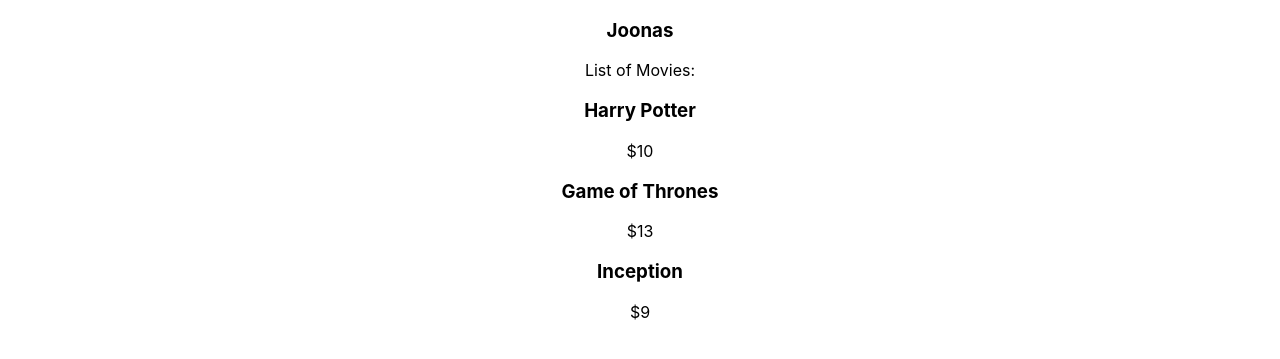
Repository: SubmergedSnake/react-usecontext
Page: /
The author's editor kept a copy of each file at every save. The page is drawn from the files as they stood at one save, then again after the next save.
The browser window is 1280 px wide. The pictures show the whole page.
The project was rebuilt for these pictures with package versions that can differ from the ones it lists, and the page was loaded fresh each time.

Above is the page before, as saved 2020-11-21 18:30:43.

After the next save:
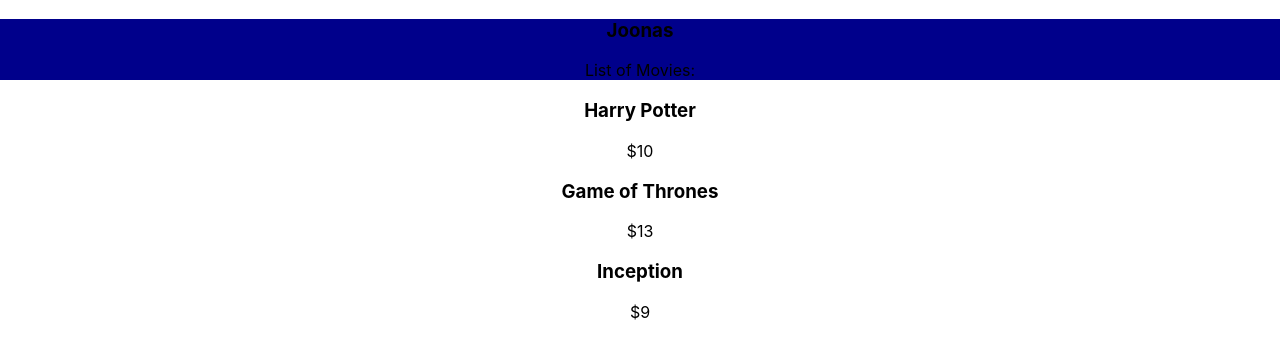
Saved 8 s later.
--- a/src/Nav.js
+++ b/src/Nav.js
@@ -1,7 +1,7 @@
 import React from 'react';
 
 const navStyle = {
-    background: 'navyblue',
+    background: 'darkblue',
   };
 
 
